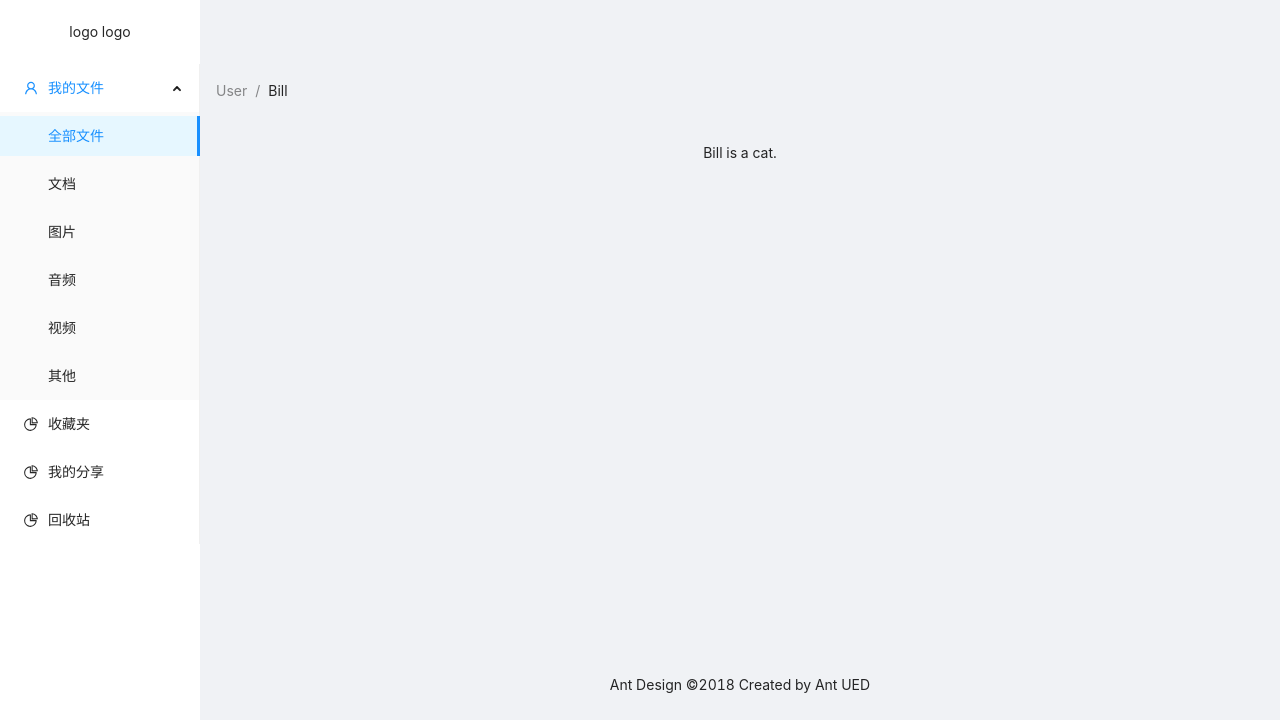
Repository: xstnet/starfire-cloud-fe
Page: /
An editor plug-in stored every save of this project. The page is shown before and after the next save, followed by the edit.
The browser window is 1280 px wide. The pictures show the whole page.
The project was rebuilt for these pictures with package versions that can differ from the ones it lists, and the page was loaded fresh each time.

Above is the page before, as saved 2021-09-12 17:09:48.

### src/index.js
import React from 'react';
import ReactDOM from 'react-dom';
import './index.css';
import App from './App';
import reportWebVitals from './reportWebVitals';

// ReactDOM.render(
//   <React.StrictMode>
//     <App />
//   </React.StrictMode>,
//   document.getElementById('root')
// );

ReactDOM.render(
  <App />,
  document.getElementById('root')
);

// If you want to start measuring performance in your app, pass a function
// to log results (for example: reportWebVitals(console.log))
// or send to an analytics endpoint. Learn more: https://bit.ly/CRA-vitals
reportWebVitals();

### src/App.js
import React from 'react';
// import { Button } from 'antd';
import './App.css';
import MainLayout from './page/layout/main'

const App = () => (
  <div className="App">
    <MainLayout></MainLayout>
  </div>
);

export default App;

### src/page/layout/main.jsx
import React from 'react';
import { Layout, Menu, Breadcrumb } from 'antd';
import {
  PieChartOutlined,
  UserOutlined,
} from '@ant-design/icons';
import './main.css';

const { Header, Content, Footer, Sider } = Layout;
const { SubMenu } = Menu;

class MainLayout extends React.Component {
  state = {
    collapsed: false,
  };


  render() {
    const { collapsed } = this.state;
    return (
      <Layout className="main" style={{ minHeight: '100vh' }}>
        <Sider className="side-left" theme="light" >
          <div className="logo">
              logo logo
          </div>
          <Menu defaultSelectedKeys={['all']} defaultOpenKeys={["my-file"]} mode="inline">
            <SubMenu key="my-file" icon={<UserOutlined />} title="我的文件">
              <Menu.Item key="all">全部文件</Menu.Item>
              <Menu.Item key="doc">文档</Menu.Item>
              <Menu.Item key="imgage">图片</Menu.Item>
              <Menu.Item key="audio">音频</Menu.Item>
              <Menu.Item key="video">视频</Menu.Item>
              <Menu.Item key="other">其他</Menu.Item>
            </SubMenu>
            <Menu.Item key="favorite" icon={<PieChartOutlined />}>
              收藏夹
            </Menu.Item>
            <Menu.Item key="share" icon={<PieChartOutlined />}>
              我的分享
            </Menu.Item>
            <Menu.Item key="recycle" icon={<PieChartOutlined />}>
              回收站
            </Menu.Item>
          </Menu>
        </Sider>
        <Layout className="side-right">
          <Header className="header"/>
          <Content className="content">
            <Breadcrumb className="bread-crumb" style={{ margin: '16px 0' }}>
              <Breadcrumb.Item>User</Breadcrumb.Item>
              <Breadcrumb.Item>Bill</Breadcrumb.Item>
            </Breadcrumb>
            <div className="site-layout-background" style={{ padding: 24, minHeight: 360 }}>
              Bill is a cat.
            </div>
          </Content>
          <Footer style={{ textAlign: 'center' }}>Ant Design ©2018 Created by Ant UED</Footer>
        </Layout>
      </Layout>
    );
  }
}

export default MainLayout;

### src/page/layout/main.css
 .logo {
    height: 64px;
    line-height: 64px;
    text-align: center;
  }

  .header {
    background: #f0f2f5;
    padding: 0;
  }

  .side-right .content {
    margin: 0 16px;
  }

  .side-right .bread-crumb {
    margin: 0 16px;
  }

Loaded but not shown: public/index.html (common file); src/index.css (common file); src/reportWebVitals.js (common file); src/App.css (common file)

After the next save:
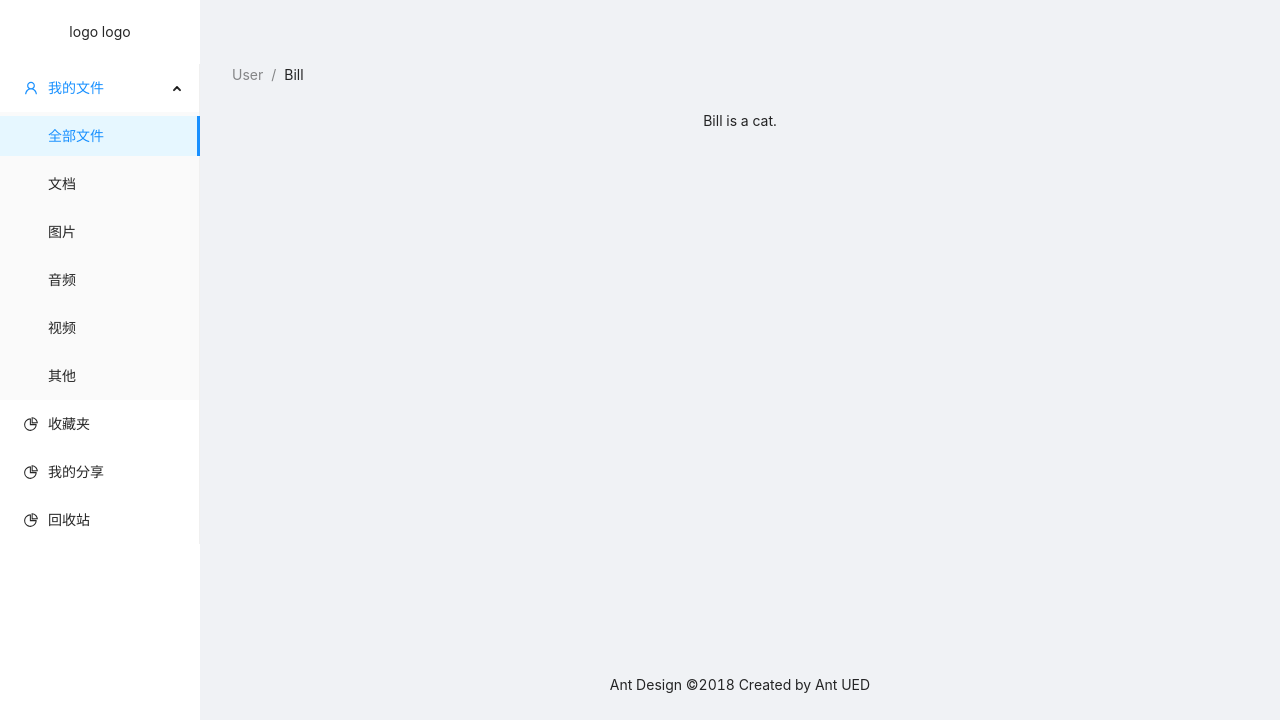
Saved 7 s later.
--- a/src/page/layout/main.jsx
+++ b/src/page/layout/main.jsx
@@ -46,7 +46,7 @@ class MainLayout extends React.Component {
         <Layout className="side-right">
           <Header className="header"/>
           <Content className="content">
-            <Breadcrumb className="bread-crumb" style={{ margin: '16px 0' }}>
+            <Breadcrumb className="bread-crumb">
               <Breadcrumb.Item>User</Breadcrumb.Item>
               <Breadcrumb.Item>Bill</Breadcrumb.Item>
             </Breadcrumb>
